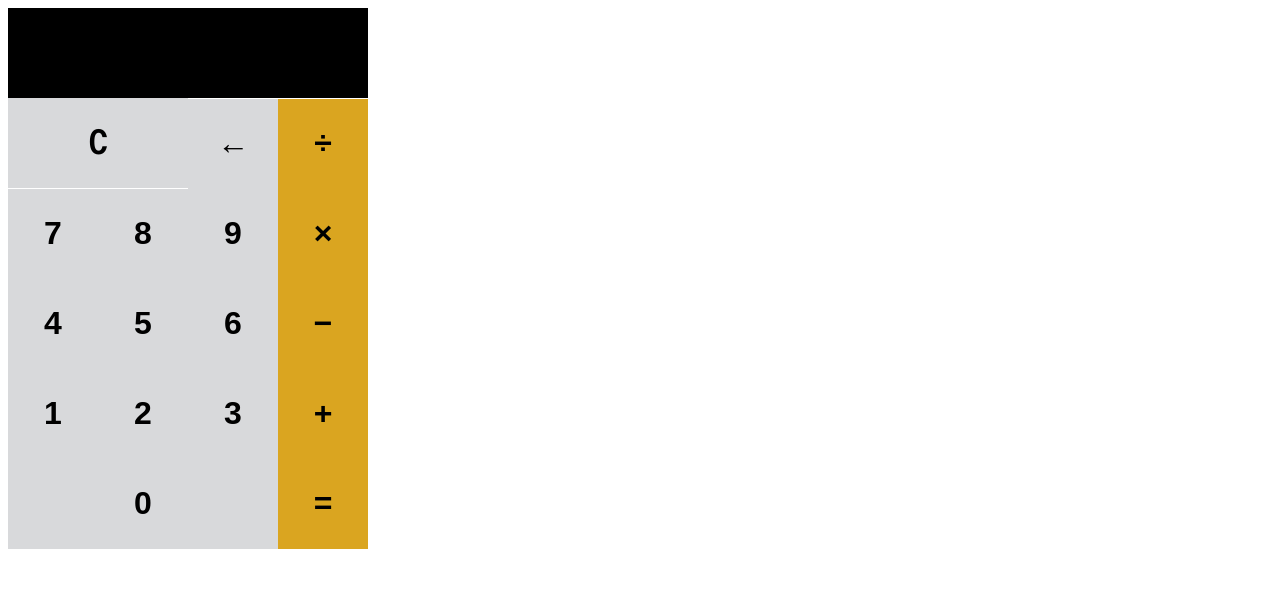
Repository: jontslater/LAB-calculator2
Page: index.html
The author's editor kept a copy of each file at every save. The page is drawn from the files as they stood at one save, then again after the next save.
The browser window is 1280 px wide. The pictures show the whole page.

Above is the page before, as saved 2023-10-14 10:22:15.

### index.html
<!DOCTYPE html>
<html lang="en">
<head>
  <meta charset="UTF-8">
  <meta name="viewport" content="width=device-width, initial-scale=1.0">
  <title>calculator</title>
  <link rel="stylesheet" href="main.css">
  <script src="main.js"></script>
</head>

<body>
  <div class="container">

    <div class="box"></div>

    <table>
    <button class="symbols gray three">&#8705;</button>
    <button class="symbols gray">&#8592;</button>
    <button class="symbols orange">&#247;</button>
  </table>

  <table>
    <button class="bottonss gray">7</button>
    <button class="bottonss gray">8</button>
    <button class="bottonss gray">9</button>
    <button class="orange">&#215;</button>
  </table>

  <table>
    <button class="bottonss gray">4</button>
    <button class="bottonss gray">5</button>
    <button class="bottonss gray">6</button>
    <button class="orange">&#8722;</button>
  </table>

  <table>
    <button class="bottonss gray">1</button>
    <button class="bottonss gray">2</button>
    <button class="bottonss gray">3</button>
    <button class="orange">&#43;</button>
  </table>


  <table>
    <button class="bottonss gray twice">0</button>
    <button class="orange">&#61;</button>
  </table>

  </div>

</body>
</html>

### main.css
body{
  background-color: white;
}

.container{
  width: 400px;
  font-size: xx-large;
  font-weight: bold;
}



.buttonss{
  background-color: #d8d9db;
  height: 92px;
  width: 92px;
  font-size: xx-large;
  font-weight: bold;
  border:none;
}

.gray{
  background-color: #d8d9db;
  height: 90px;
  width: 90px;
  font-size: xx-large;
  font-weight: bold;
  border:none;
}

.twice{
  width: 270px;
  font-size: xx-large;
  font-weight: bold;
  border:none;
}

.three{
  width: 180px;
  font-size: xx-large;
  font-weight: bold;
  border:none;
}

.orange{
  background-color:goldenrod;
  height: 90px;
  width: 90px;
  font-size: xx-large;
  font-weight: bold;
  border:none;
}

.box{
  background-color: #000000;
  height: 90px;
  width: 360px;
  padding-bottom: 0%;
  border:none;
}

Loaded but not shown: main.js (no stored copy; drawn as an empty file)

After the next save:
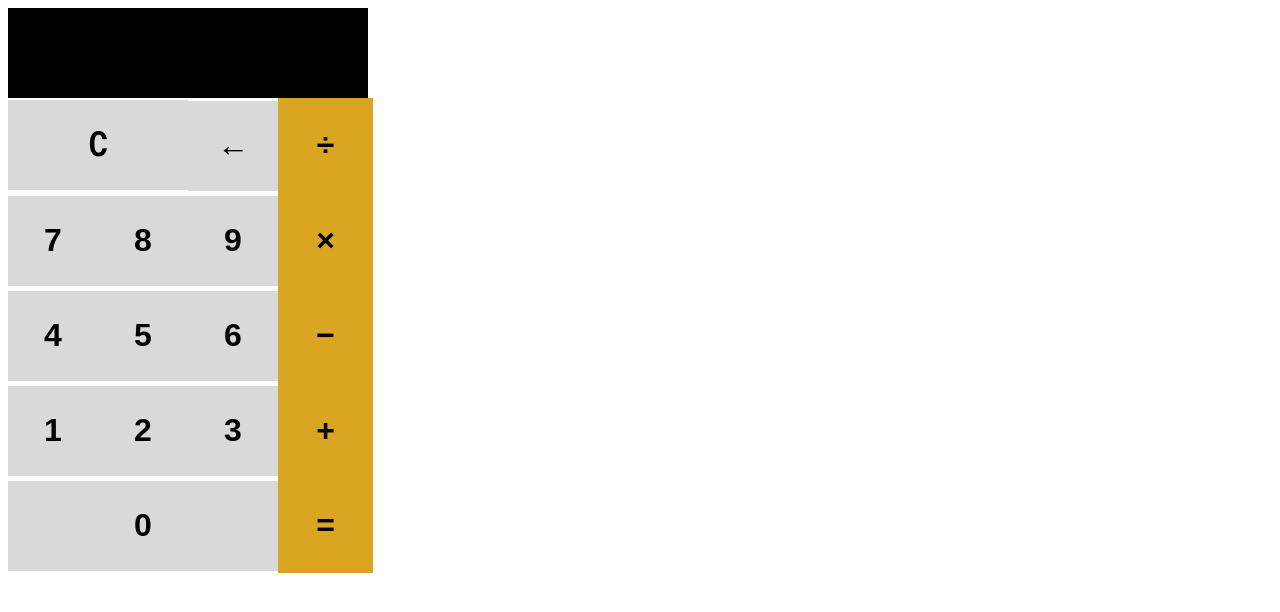
Saved 86 s later.
--- a/main.css
+++ b/main.css
@@ -44,8 +44,8 @@ body{
 
 .orange{
   background-color:goldenrod;
-  height: 90px;
-  width: 90px;
+  height: 95px;
+  width: 95px;
   font-size: xx-large;
   font-weight: bold;
   border:none;
